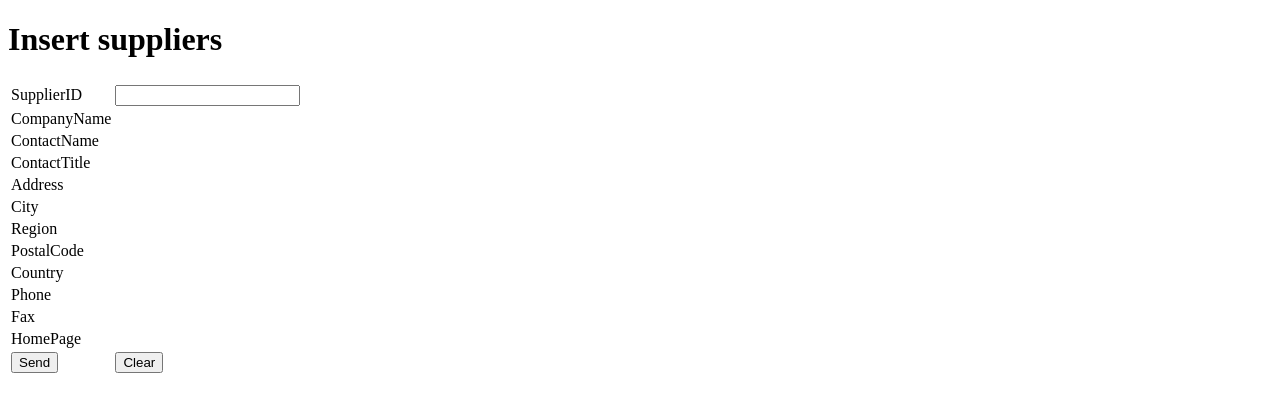
Repository: kaza1509/PRJ301
Page: SE1613/web/addSupplier.html
These files come from the project's save history. The page is drawn as it stood at one moment and after a run of saves; the edit follows.
The browser window is 1280 px wide. The pictures show the whole page.

Above is the page before, as saved 2022-01-20 14:42:03.

After the next 3 saves:
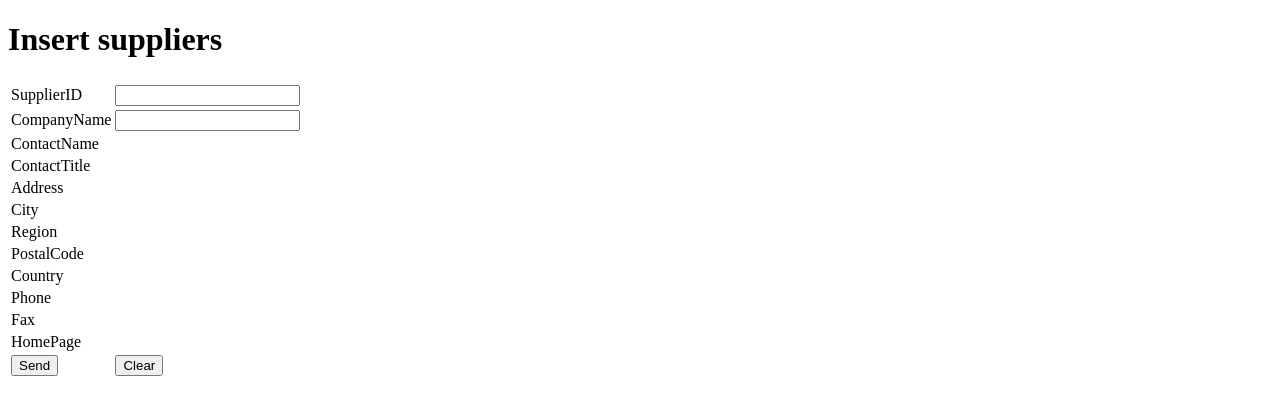
The 3 saves are shown as one change because they came seconds apart.
The last was saved 18 s later.
--- a/SE1613/web/addSupplier.html
+++ b/SE1613/web/addSupplier.html
@@ -20,7 +20,9 @@
                 </tr>
                 <tr>
                     <td>CompanyName</td>
-                    <td></td>
+                    <td>
+                        <input type="text" name="">
+                    </td>
                 </tr>
                 <tr>
                     <td>ContactName</td>
